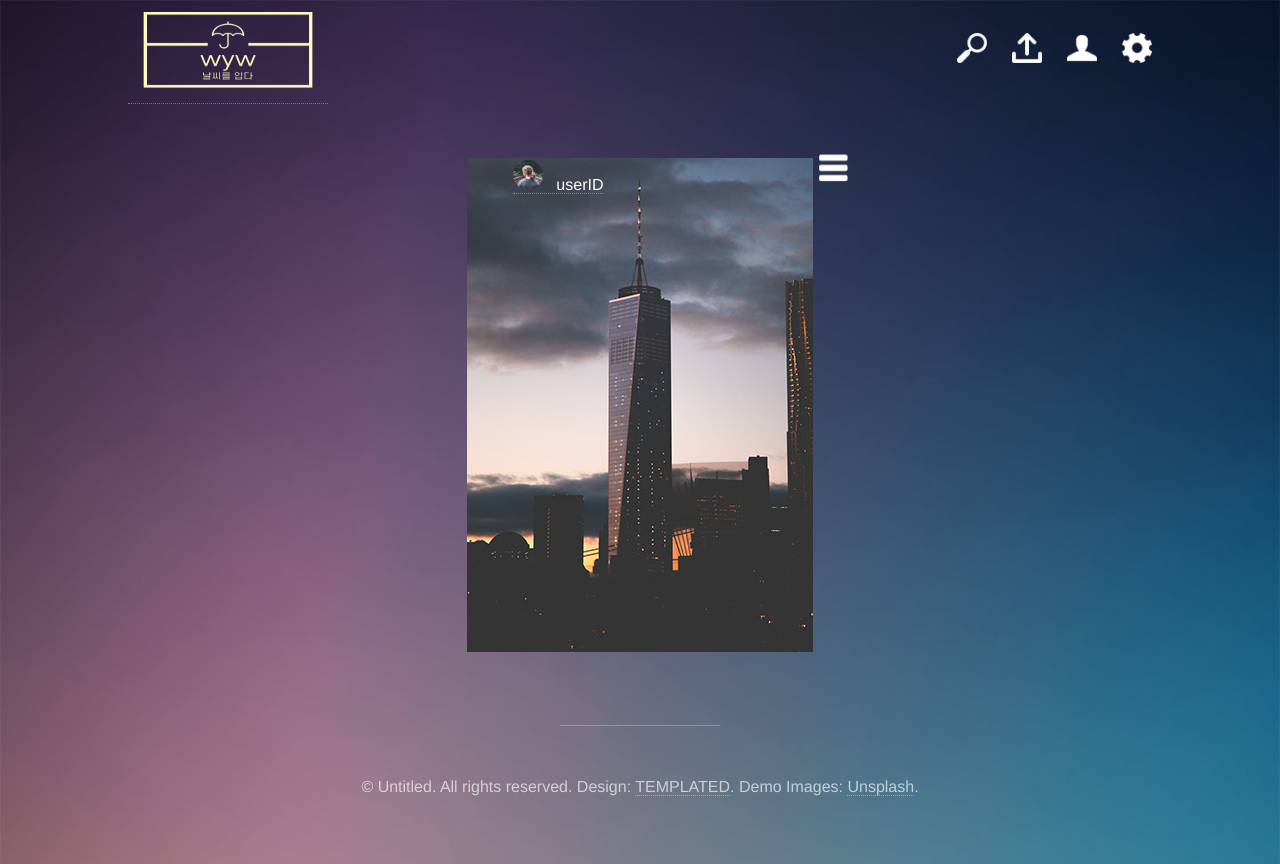
Repository: semo41105/WYW-Project
Page: http://localhost/WYW/StoryPage.jsp
These files come from the project's save history. The page is drawn as it stood at one moment and after the next save; the edit follows.
The browser window is 1280 px wide. The pictures show the whole page.
Some web fonts or font styles are not loaded; a fallback is used. The page is served by Tomcat 9. Nobody is signed in. The application's start-up code is not run.

Above is the page before, as saved 2021-03-08 14:44:31.

After the next save:
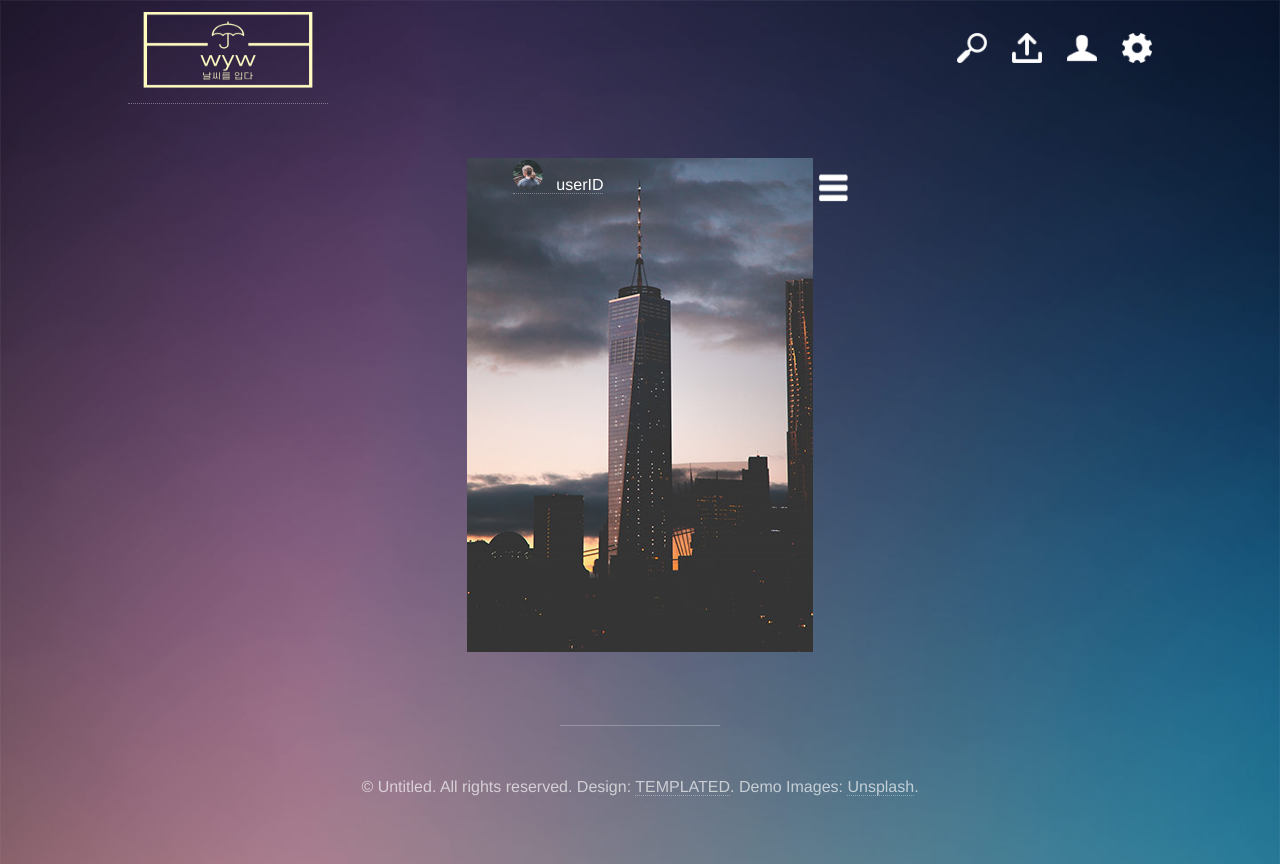
Saved 10 s later.
--- a/WYW/WebContent/StoryPage.jsp
+++ b/WYW/WebContent/StoryPage.jsp
@@ -99,7 +99,7 @@
 								    	<strong>&nbsp;&nbsp;userID</strong>
 							    	</a>
 								</div>
-								<div style="position: relative;top: 115px; left: 690px;">
+								<div style="position: relative;top: 135px; left: 690px;">
 									<img id="hidemenu" alt="menu" src="images/icon/menu.png" width="30px">
 									<img id="viewmenu" alt="menu" src="images/icon/overmenu.png" width="30px">
 								</div>
